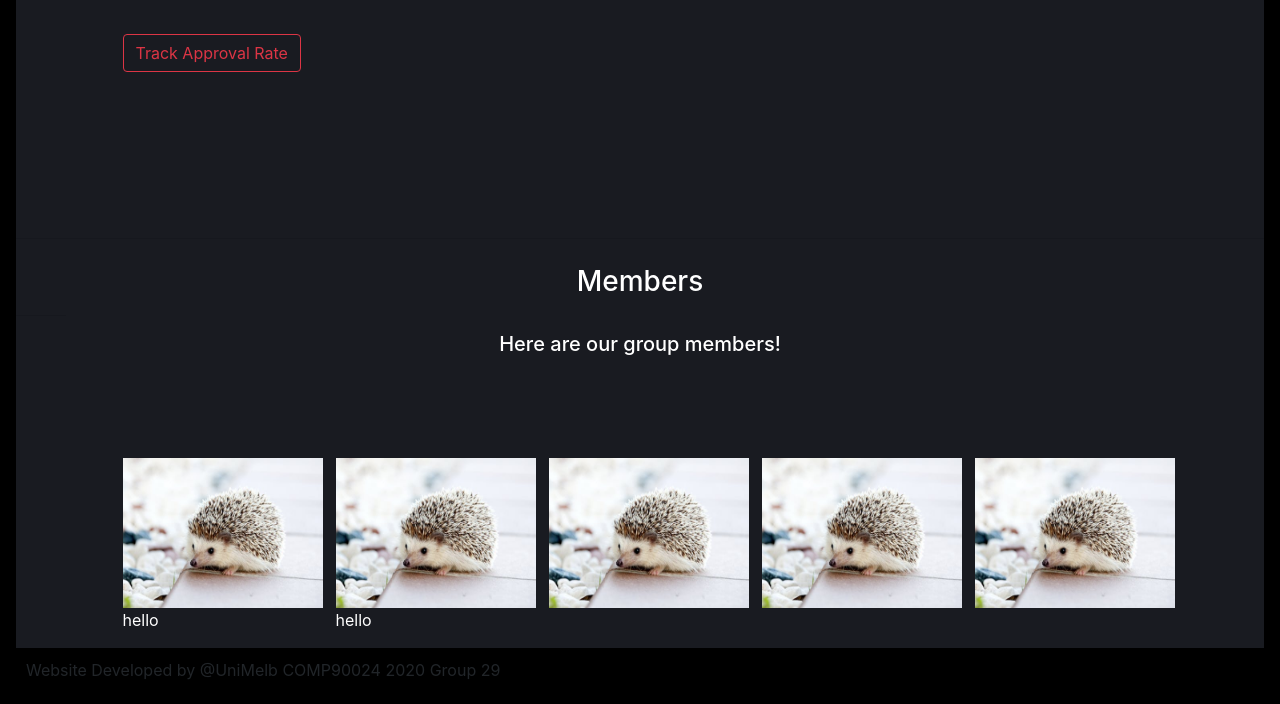
Repository: gusyi/COMP90024_Team29
Page: frontend/templates/frontend/home.html
These files come from the project's save history. The page is drawn as it stood at one moment and after the next save; the edit follows.
The browser window is 1280 px wide. The pictures show the part of the page from y = 679 to 1383 px (the page is 1383 px tall).
Some web libraries are served in a nearby version. The template is drawn by Django 3.2. The application's start-up code is not run. Other server files are loaded and not shown. The template is opened directly, without the code that normally fills it, so the values that code supplies are empty.

Above is the page before, as saved 2020-05-25 23:35:50.

### backend/frontend/templates/frontend/home.html
{% extends "base_generic.html" %}

{% block main%}

    <div style="background-color:rgb(25, 27, 33);">


    <div style="height: 30px"></div>

    <div class="row">
        <div class="col-sm-1"></div>
        <div class="col-sm-6">
           <div style="height: 70px"></div>
            <h1 style="font-size:100px;color:white;" > Scott Morrison</h1>
            <svg height="30" width="1000">
                <line x1="0" y1="30" x2="400" y2="30" style="stroke:rgb(255,255,255);stroke-width:20" />
            </svg>
            <div style="height: 20px"></div>
            <h1 style="font-size:50px;color:white;" > A Sentiment Analysis on</h1>
            <h1 style="font-size:50px;color:white;" > Twitter Content</h1>

            <div style="height: 80px"></div>
            <a href="/map/"><button type="button" class="btn btn-outline-danger">Track Approval Rate</button></a>


        </div>
        <div class="col-sm-5">
            <div style="height: 50px"></div>
            {% load static %}
            <img src="{% static 'frontend/images/test2.svg' %}" width="500" height="500"/>


        </div>

    </div>
    <div style="height: 150px"></div>
    <hr>

    <div style="height: 10px"></div>
    <h3  style="text-align: center;color:white;"> Members</h3>
    <hr style="width:50px;text-align:center;color:white;margin-left:0">
    <h5  style="text-align: center;color:white;"> Here are our group members!</h5>
    <br>
    <div style="height: 20px"></div>
    <div class="row">
        <div class="col-sm-1"></div>
        <div class="col-sm-2">

            <div style="height: 50px"></div>
            {% load static %}
            <img src="{% static 'frontend/images/pic1.jpeg' %}" width="200" height="150"/>

            <p style="color:white;"> hello</p>


        </div>

        <div class="col-sm-2">
            <div style="height: 50px"></div>
            {% load static %}
            <img src="{% static 'frontend/images/pic1.jpeg' %}" width="200" height="150"/>
            <p style="color:white;"> hello</p>


        </div>

        <div class="col-sm-2">
            <div style="height: 50px"></div>
            {% load static %}
            <img src="{% static 'frontend/images/pic1.jpeg' %}" width="200" height="150"/>


        </div>

        <div class="col-sm-2">
            <div style="height: 50px"></div>
            {% load static %}
            <img src="{% static 'frontend/images/pic1.jpeg' %}" width="200" height="150"/>


        </div>

        <div class="col-sm-2">
            <div style="height: 50px"></div>
            {% load static %}
            <img src="{% static 'frontend/images/pic1.jpeg' %}" width="200" height="150"/>


        </div>

    </div>



    <div>

    </div>
    </div>



{% endblock %}

### backend/frontend/templates/base_generic.html
<!doctype html>
<html lang="en">
  <head>
    <meta charset="utf-8">
    <meta name="viewport" content="width=device-width, initial-scale=1, shrink-to-fit=no">
    <meta name="description" content="">
    <meta name="author" content="Mark Otto, Jacob Thornton, and Bootstrap contributors">
    <meta name="generator" content="Jekyll v3.8.6">
    {% block title %}<title>Morrison Index</title>{% endblock %}


    <link rel="canonical" href="https://getbootstrap.com/docs/4.4/examples/cover/">

  {% load static %}
  <link rel="stylesheet" href="{% static 'frontend/bootstrap.min.css' %}">
  <script src="https://kit.fontawesome.com/e01ef97213.js" crossorigin="anonymous"></script>

    <!-- Favicons -->
<link rel="apple-touch-icon" href="/docs/4.4/assets/img/favicons/apple-touch-icon.png" sizes="180x180">
<link rel="icon" href="/docs/4.4/assets/img/favicons/favicon-32x32.png" sizes="32x32" type="image/png">
<link rel="icon" href="/docs/4.4/assets/img/favicons/favicon-16x16.png" sizes="16x16" type="image/png">
<link rel="manifest" href="/docs/4.4/assets/img/favicons/manifest.json">
<link rel="mask-icon" href="/docs/4.4/assets/img/favicons/safari-pinned-tab.svg" color="#563d7c">
<link rel="icon" href="/docs/4.4/assets/img/favicons/favicon.ico">
<meta name="msapplication-config" content="/docs/4.4/assets/img/favicons/browserconfig.xml">
<meta name="theme-color" content="#563d7c">

    <style>
        #footer {

            padding: 10px 10px 0px 10px;
            bottom: 0;
            width: 100%;
            /* Height of the footer*/
            height: 40px;
            background: dark;
        }
        .bd-placeholder-img {
          font-size: 1.125rem;
          text-anchor: middle;
          -webkit-user-select: none;
          -moz-user-select: none;
          -ms-user-select: none;
          user-select: none;
        }

        @media (min-width: 768px) {
          .bd-placeholder-img-lg {
            font-size: 3.5rem;
          }
        }
    </style>

  </head>
  <header class="masthead mb-auto">
    <div class="inner">

        <nav class="navbar navbar-expand-lg navbar-dark bg-black">

            {% load static %}
            <img src="{% static 'frontend/images/website_logo_90_675.svg' %}" width="90" height="67"/>
            <a class="navbar-brand" href="/">Morrison Index</a>
            <button class="navbar-toggler" type="button" data-toggle="collapse" data-target="#navbarColor02" aria-controls="navbarColor02" aria-expanded="false" aria-label="Toggle navigation">
                <span class="navbar-toggler-icon"></span>
            </button>


            <div class="collapse navbar-collapse" id="navbarColor02">
                <ul class="navbar-nav mr-auto">
                <li class="nav-item active">
                    <a class="nav-link" href="/">Home <span class="sr-only">(current)</span></a>
                </li>
                <li class="nav-item">
                    <a class="nav-link" href="/map/">Map and Statistics</a>
                </li>
                </ul>

            </div>
        </nav>
    </div>
  </header>
  <body style="background-color:black;">

  {% load static %}
  <script src="{% static "frontend/main.js" %}"></script>
    <div class="cover-container d-flex w-100 h-100 p-3 mx-auto flex-column">


  <main role="main" class="inner cover">
  {% block main%}
  {% endblock%}

  </main>

  <div id="footer" >
    <div class="inner">
      <p>Website Developed by @UniMelb COMP90024 2020 Group 29</p>
    </div>
  </div>
</div>
</body>
<script src="https://code.jquery.com/jquery-3.4.1.slim.min.js" integrity="sha384-J6qa4849blE2+poT4WnyKhv5vZF5SrPo0iEjwBvKU7imGFAV0wwj1yYfoRSJoZ+n" crossorigin="anonymous"></script>
<script src="https://cdn.jsdelivr.net/npm/popper.js@1.16.0/dist/umd/popper.min.js" integrity="sha384-Q6E9RHvbIyZFJoft+2mJbHaEWldlvI9IOYy5n3zV9zzTtmI3UksdQRVvoxMfooAo" crossorigin="anonymous"></script>
<script src="https://stackpath.bootstrapcdn.com/bootstrap/4.4.1/js/bootstrap.min.js" integrity="sha384-wfSDF2E50Y2D1uUdj0O3uMBJnjuUD4Ih7YwaYd1iqfktj0Uod8GCExl3Og8ifwB6" crossorigin="anonymous"></script>

</html>

Loaded but not shown: backend/frontend/static/frontend/bootstrap.min.css (library); backend/frontend/static/frontend/main.js (library); backend/frontend/static/frontend/images/website_logo_90_675.svg (549 lines, source omitted)

After the next save:
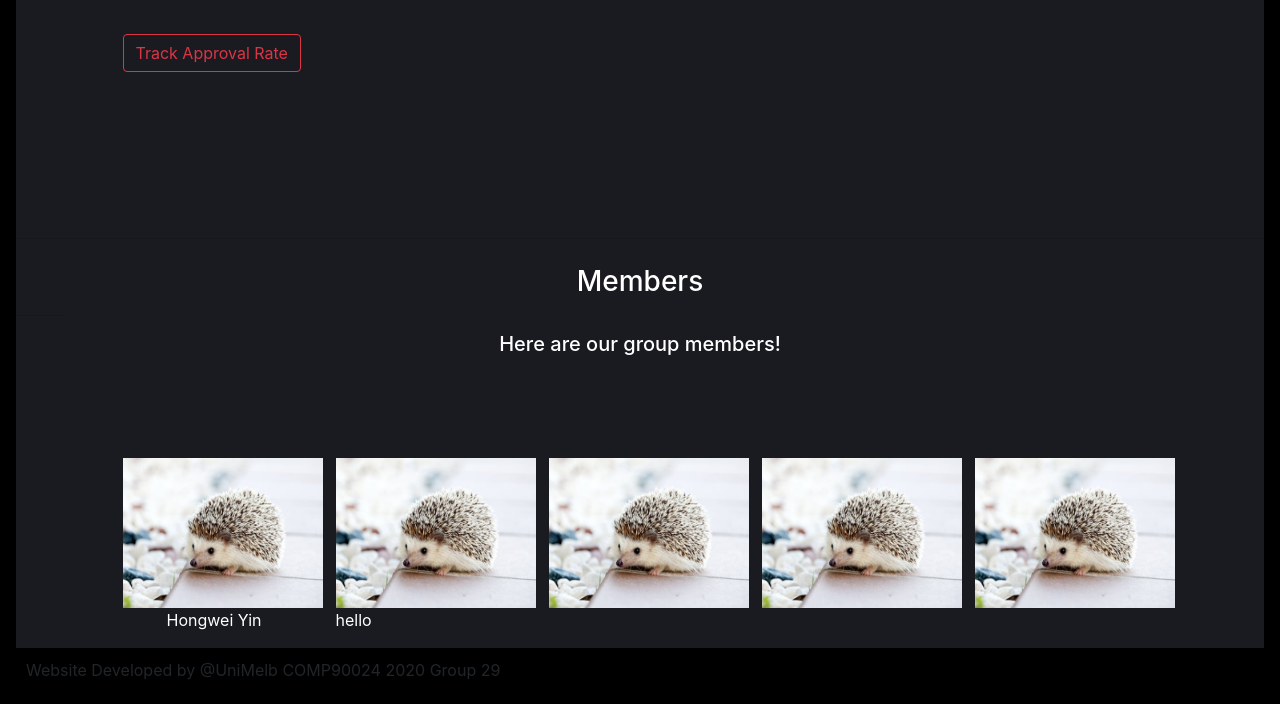
Saved 44 s later.
--- a/backend/frontend/templates/frontend/home.html
+++ b/backend/frontend/templates/frontend/home.html
@@ -50,7 +50,7 @@
             {% load static %}
             <img src="{% static 'frontend/images/pic1.jpeg' %}" width="200" height="150"/>
 
-            <p style="color:white;"> hello</p>
+            <p style="text-align: center;color:white;">Hongwei Yin</p>
 
 
         </div>
